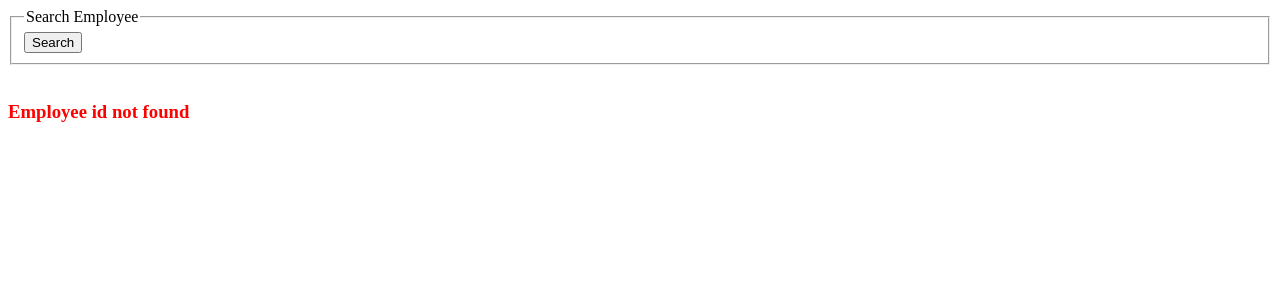
Repository: Ashwini12344/TY_CG_HTD_BangaloreNovember_JFS_AshwiniR
Page: http://localhost/mywebapp/SearchEmpJspForm.jsp
An editor plug-in stored every save of this project. The page is shown before and after the next save, followed by the edit.
The browser window is 1280 px wide. The pictures show the whole page.
The page is served by Tomcat 9.

Above is the page before, as saved 2019-12-18 17:22:56.

After the next save:
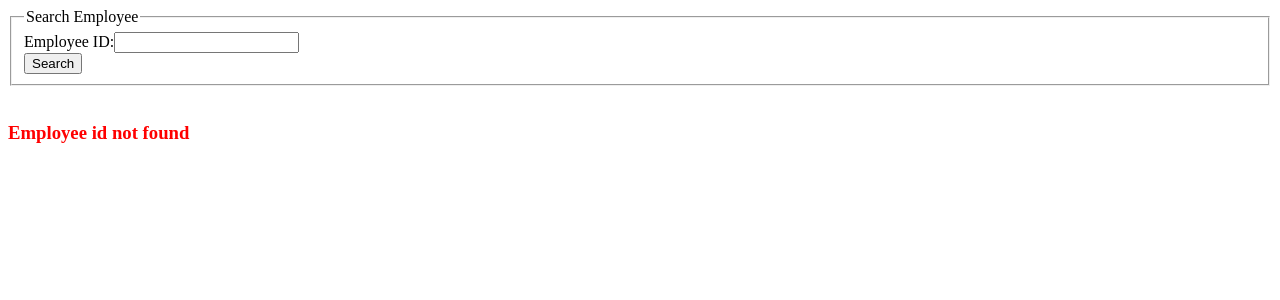
Saved 54 s later.
--- a/BackEnd/Servlets/mywebapp/src/main/webapp/SearchEmpJspForm.jsp
+++ b/BackEnd/Servlets/mywebapp/src/main/webapp/SearchEmpJspForm.jsp
@@ -15,6 +15,7 @@
 <fieldset>
 <legend>Search Employee</legend>
 <form action="./getEmployee1" method="get">
+Employee ID:<input type="number" name="empId" required><br>
 <input type="submit" value="Search">
 
 
